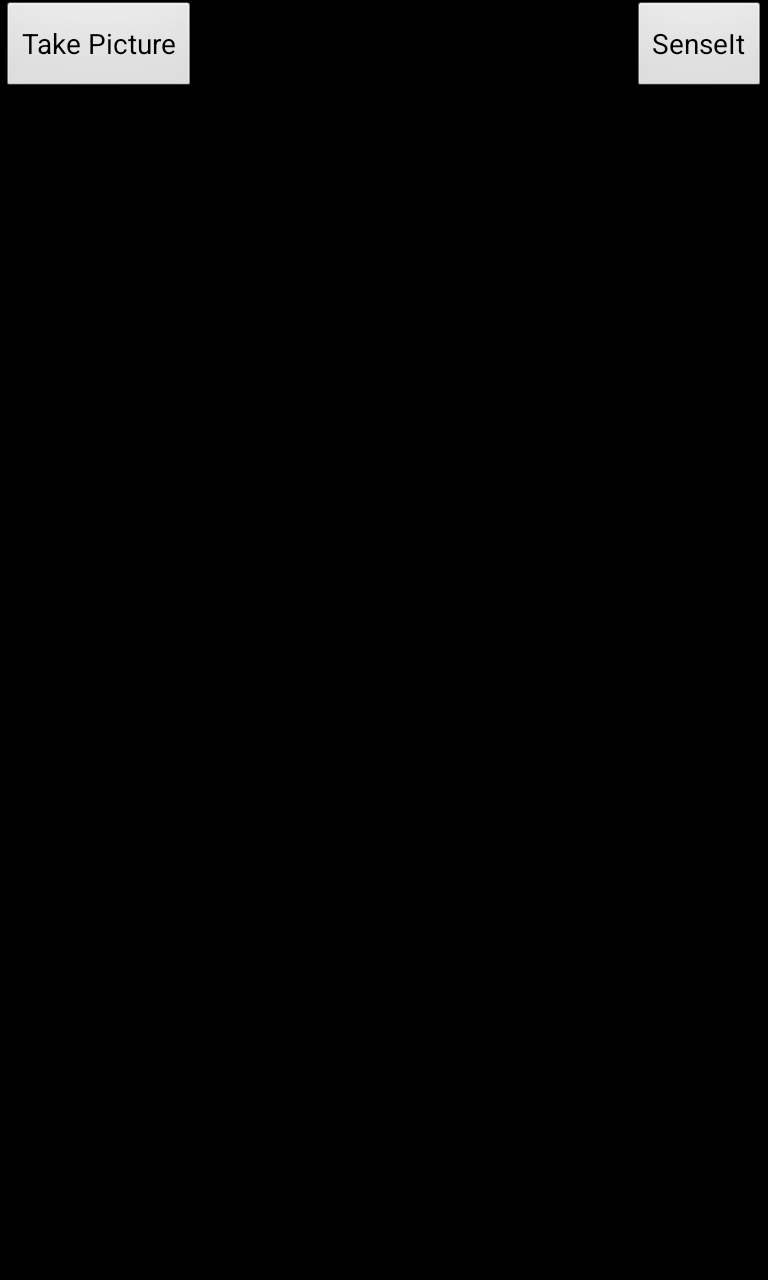
Repository: justnaelin/PhytoSenseIt-app
Layout: PhytoSenseIt/res/layout/activity_main.xml
The author's editor kept a copy of each file at every save. The layout is drawn from the files as they stood at one save, then again after the next save.
It is drawn on a 768 x 1280 px phone screen (xhdpi) without system bars, with theme android:Theme.NoTitleBar.Fullscreen; the app's code is not run.

Above is the layout before, as saved 2015-07-27 23:27:45.

### PhytoSenseIt/res/layout/activity_main.xml
<RelativeLayout xmlns:android="http://schemas.android.com/apk/res/android"
    xmlns:tools="http://schemas.android.com/tools"
    android:layout_width="match_parent"
    android:layout_height="match_parent"
    android:orientation="vertical" >

    <org.rsi.naelin.phytosenseit.CameraView
        android:id="@+id/java_surface_view"
        android:layout_width="match_parent"
        android:layout_height="match_parent"
        android:visibility="gone"/>

    <ImageView
        android:id="@+id/image_view"
        android:layout_width="match_parent"
        android:layout_height="match_parent" />

    <Button
        android:id="@+id/take_photo_button"
        android:layout_width="wrap_content"
        android:layout_height="wrap_content"
        android:text="Take Picture" />

    <Button
        android:id="@+id/sense_it_button"
        android:layout_width="wrap_content"
        android:layout_height="wrap_content"
        android:layout_alignParentRight="true"
        android:layout_alignParentTop="true"
        android:text="SenseIt" />

</RelativeLayout>

After the next save:
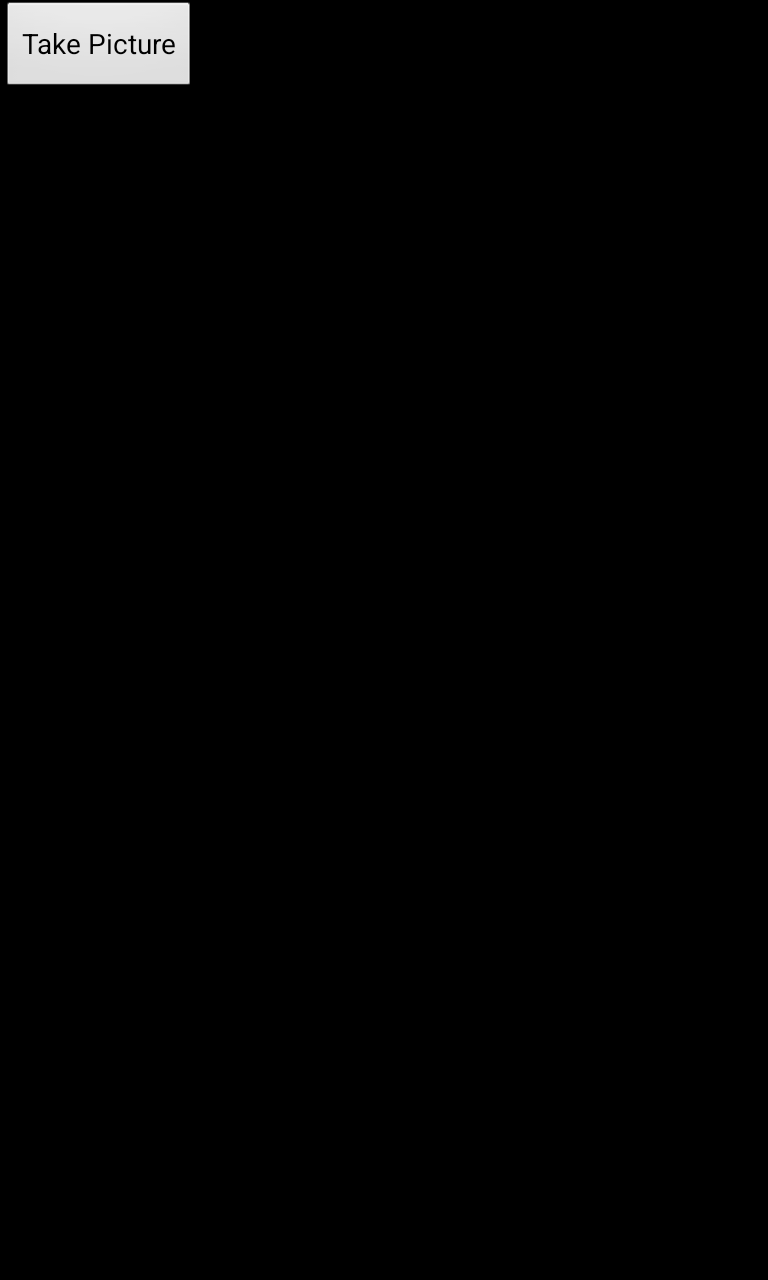
Saved 2 min 35 s later.
--- a/PhytoSenseIt/res/layout/activity_main.xml
+++ b/PhytoSenseIt/res/layout/activity_main.xml
@@ -21,12 +21,4 @@
         android:layout_height="wrap_content"
         android:text="Take Picture" />
 
-    <Button
-        android:id="@+id/sense_it_button"
-        android:layout_width="wrap_content"
-        android:layout_height="wrap_content"
-        android:layout_alignParentRight="true"
-        android:layout_alignParentTop="true"
-        android:text="SenseIt" />
-
 </RelativeLayout>
